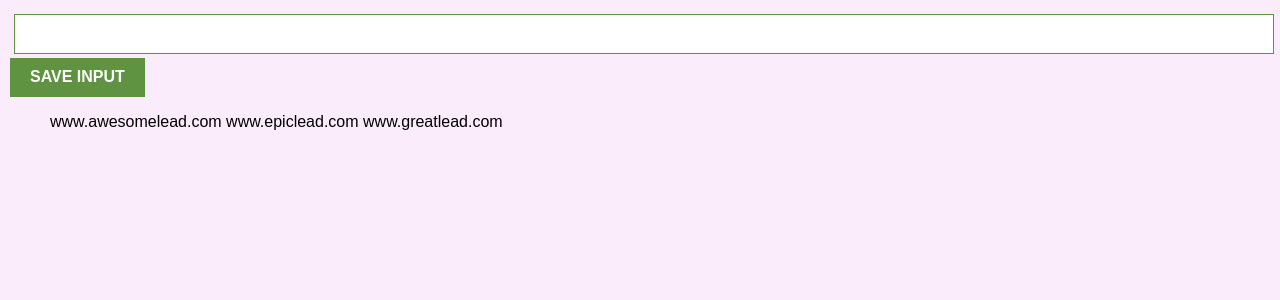
Repository: jt010051/chromeExtension
Page: index.html
An editor plug-in stored every save of this project. The page is shown before and after the next save, followed by the edit.
The browser window is 1280 px wide. The pictures show the whole page.

Above is the page before, as saved 2022-02-27 18:15:40.

After the next save:
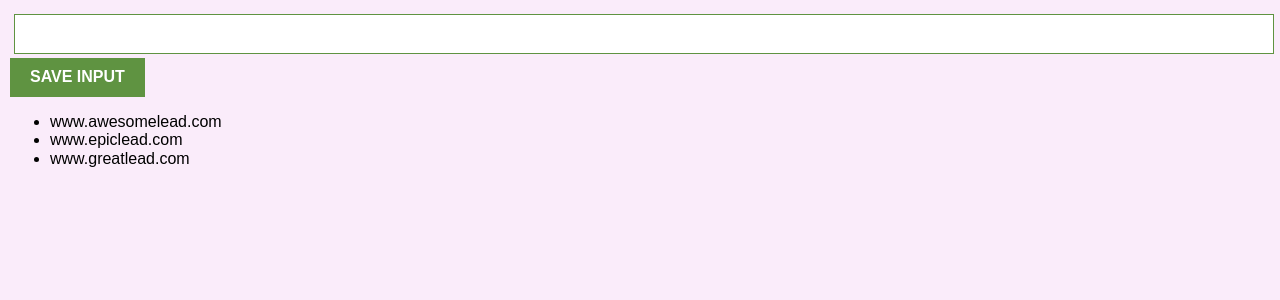
Saved 41 s later.
--- a/index.js
+++ b/index.js
@@ -12,6 +12,6 @@ console.log(myLeads)
 })
 
 for(let i = 0; i<myLeads.length; i++){
-ulEl.innerHTML += myLeads[i] +" "
+ulEl.innerHTML +="<li>" +myLeads[i] +"</li>"
 
 }
